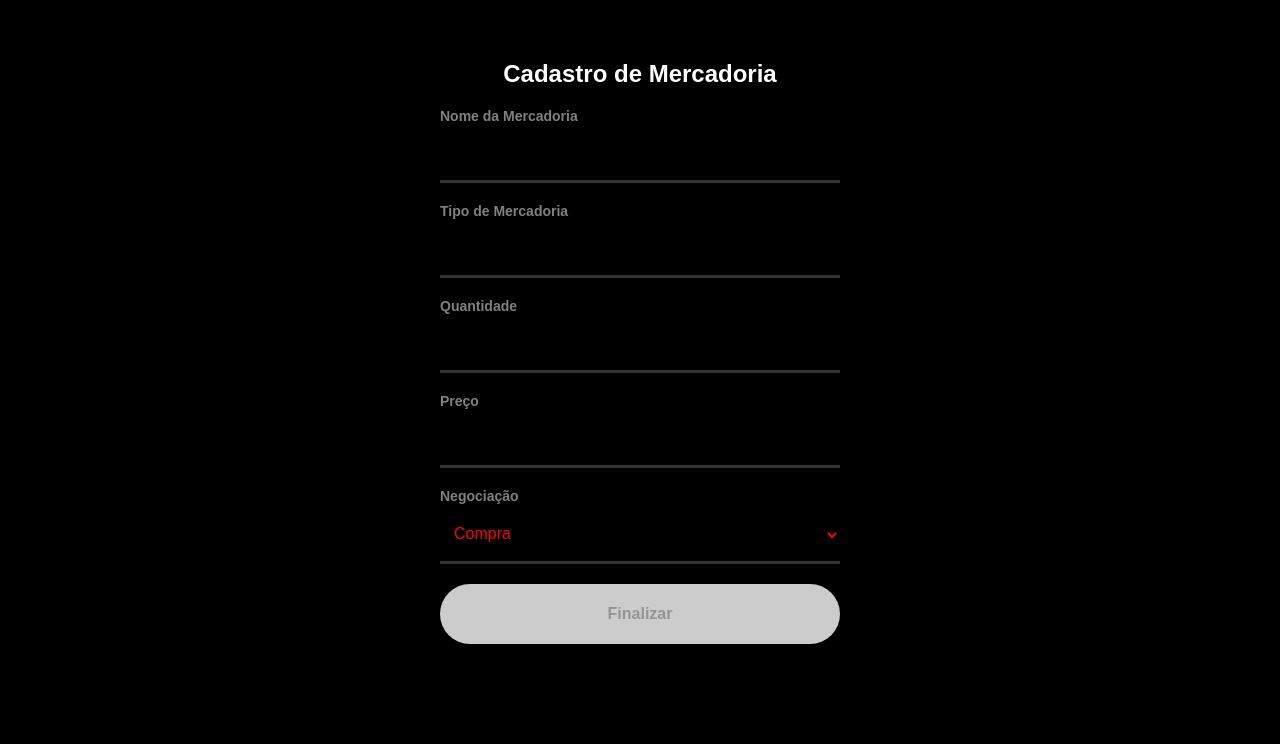
Repository: felipedischer/valemobi
Page: http://localhost/Valemobi/
These files come from the project's save history. The page is drawn as it stood at one moment and after the next save; the edit follows.
The browser window is 1280 px wide. The pictures show the whole page.
The page is served by Tomcat 9.

Above is the page before, as saved 2016-09-28 04:09:10.

After the next save:
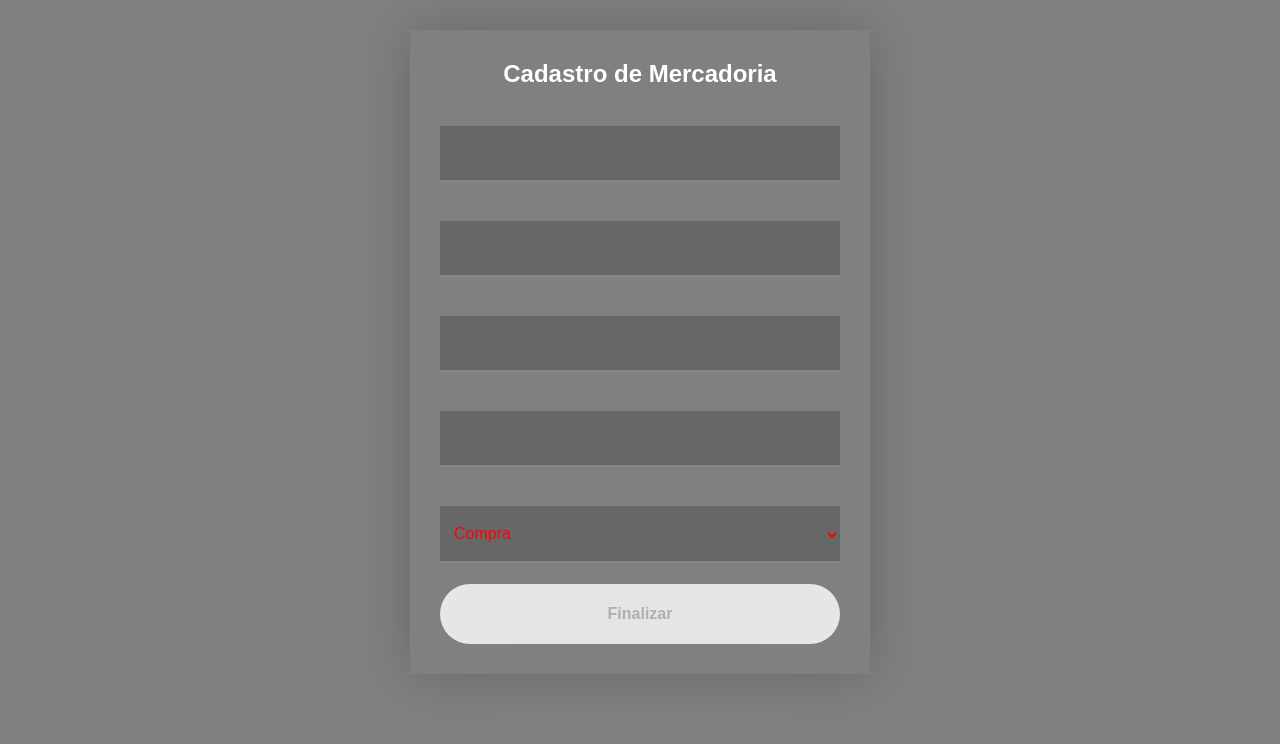
Saved 11 s later.
--- a/Valemobi/WebContent/estilo/css/estilo.css
+++ b/Valemobi/WebContent/estilo/css/estilo.css
@@ -18,7 +18,7 @@
 
 body{
 	padding-bottom: 40px;
-	background: black;
+	background: grey;
 	width: 100%;
 	height: 100%;
 	position: relative;
